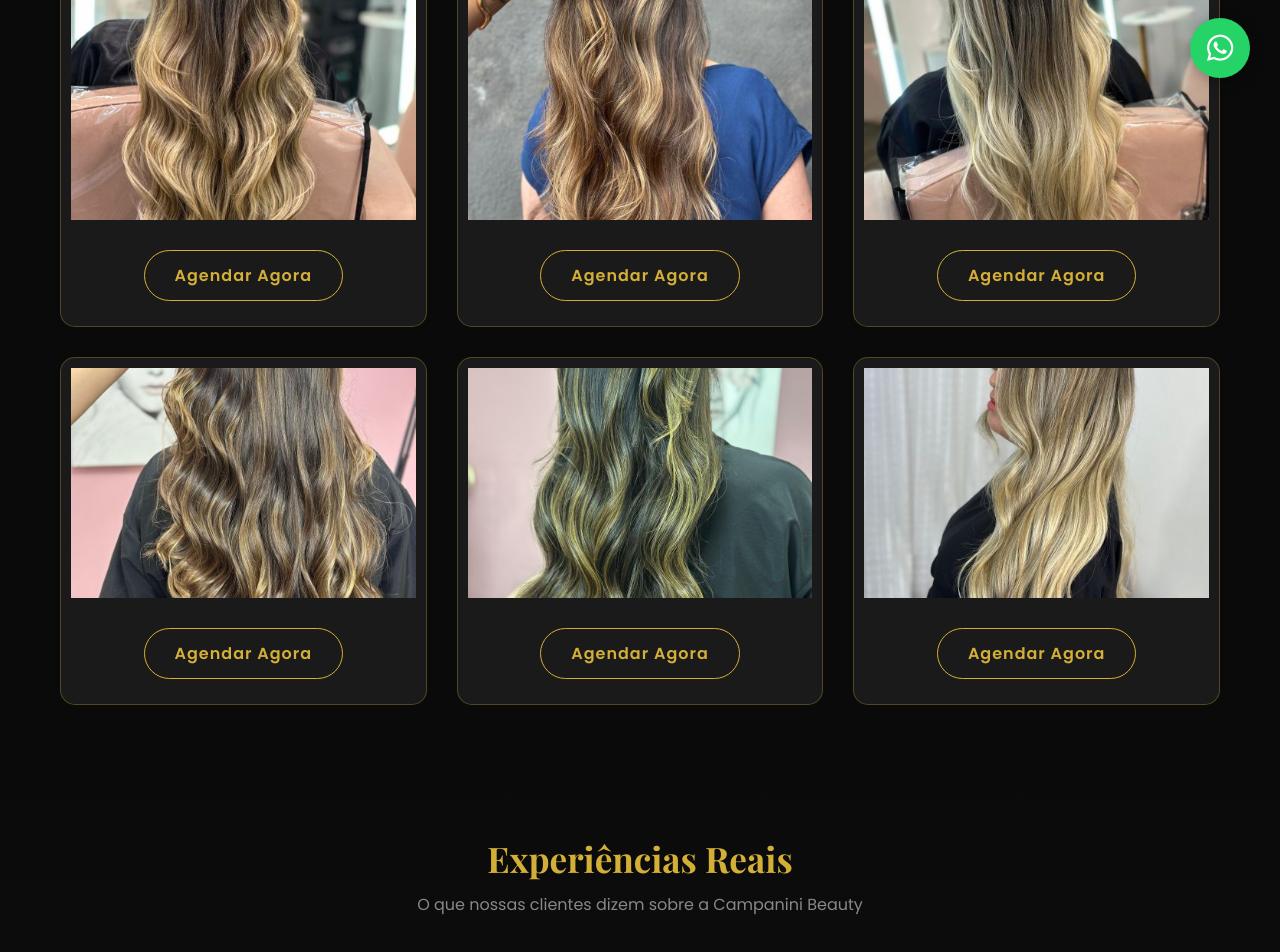
Repository: Sandro1969-tech/campanini-beauty
Page: index.html
These files come from the project's save history. The page is drawn as it stood at one moment and after the next save; the edit follows.
The browser window is 1280 px wide. The pictures show the part of the page from y = 612 to 1564 px (the page is 2599 px tall before and 2613 px after).

Above is the page before, as saved 2026-02-17 20:08:18.

After the next save:
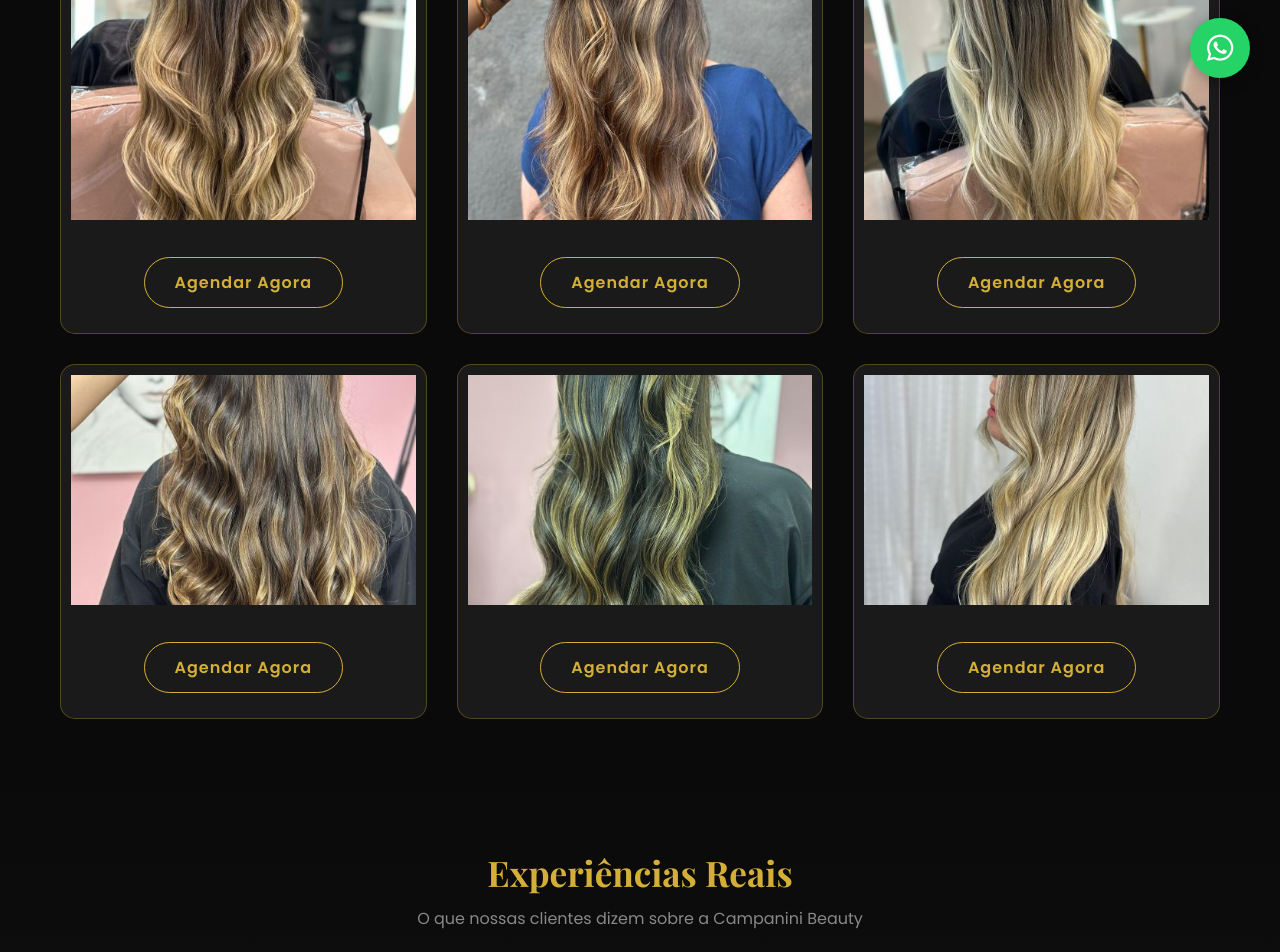
Saved 6 s later.
--- a/index.html
+++ b/index.html
@@ -112,7 +112,7 @@
             height: 250px;
             object-fit: cover;
             padding: 10px;
-
+            margi
             display: block;
         }
 

After the save that followed:
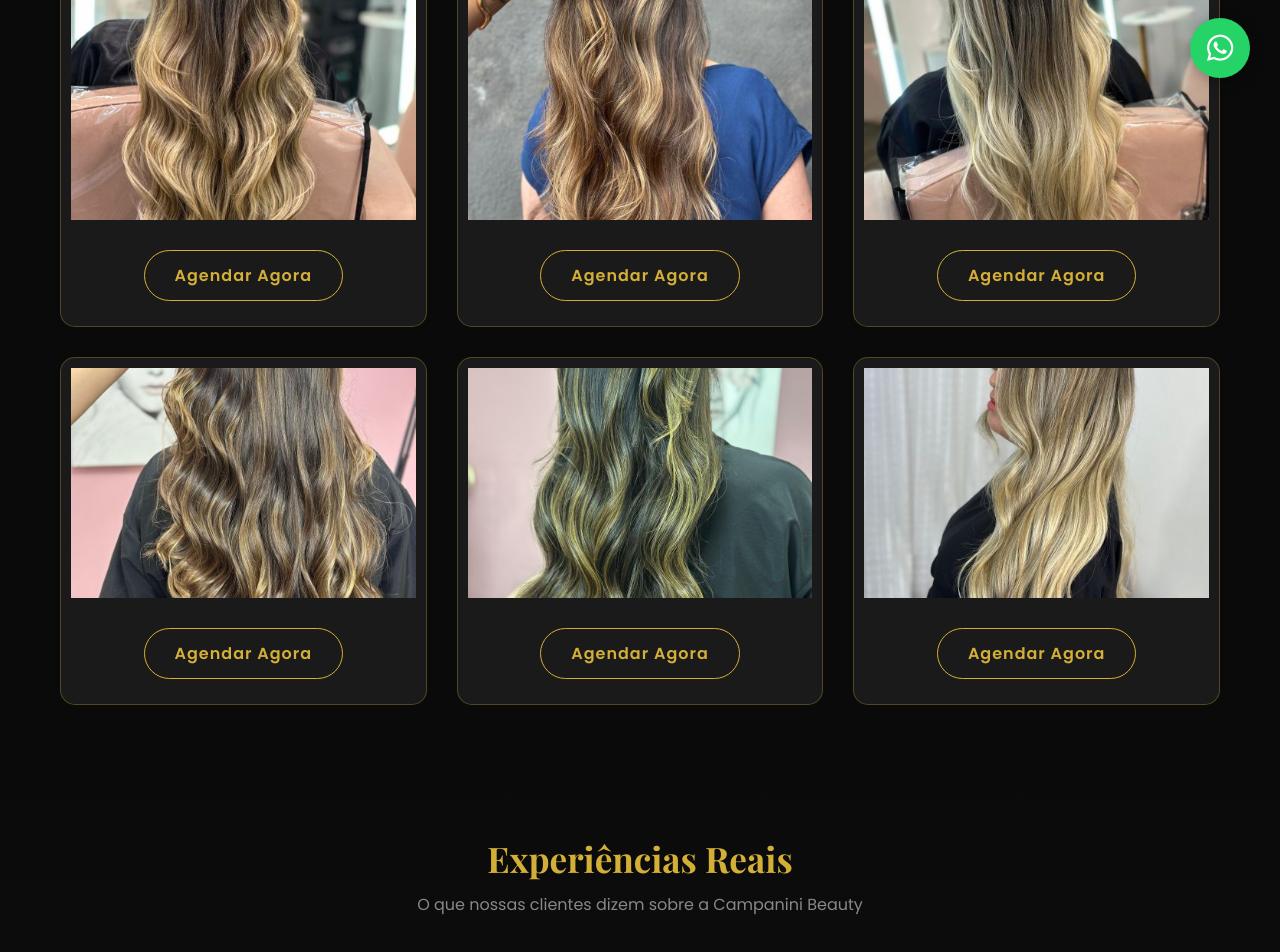
Saved 4 s later.
--- a/index.html
+++ b/index.html
@@ -112,7 +112,7 @@
             height: 250px;
             object-fit: cover;
             padding: 10px;
-            margi
+            margin: ;
             display: block;
         }
 
